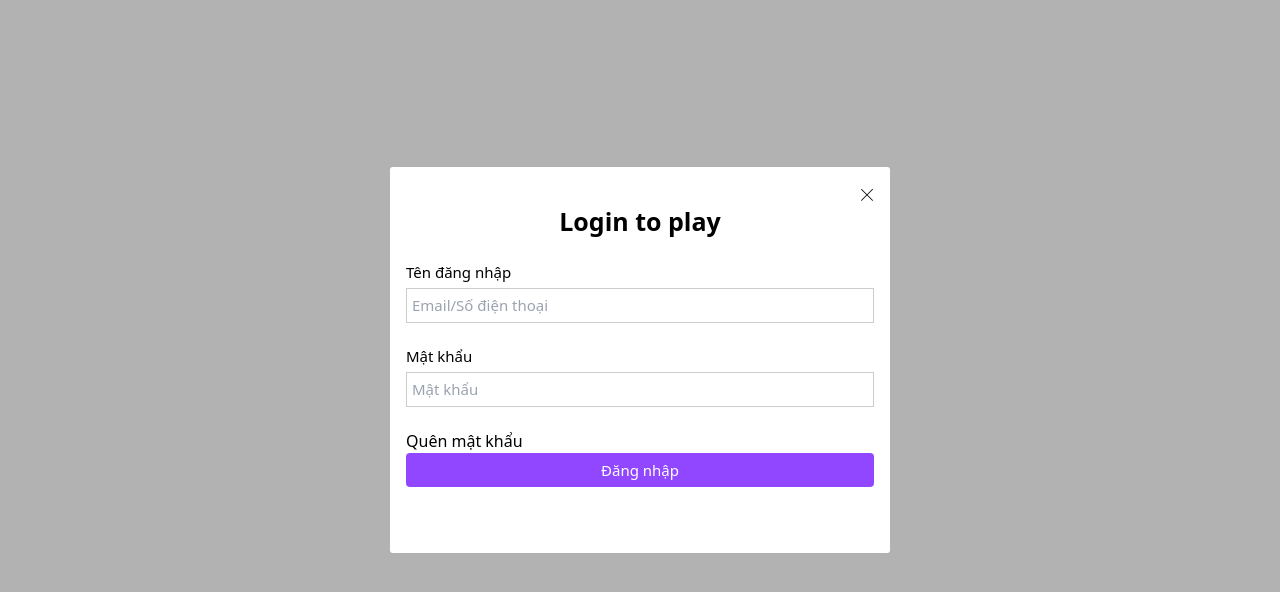
Repository: Teddy1705/demo_pj
Page: /
The author's editor kept a copy of each file at every save. The page is drawn from the files as they stood at one save, then again after the next save.
The browser window is 1280 px wide. The pictures show the whole page.
The project was rebuilt for these pictures with package versions that can differ from the ones it lists, and the page was loaded fresh each time. Also part of the build but not shown: vite.config.js.

Above is the page before, as saved 2024-04-16 10:33:31.

### index.html
<!DOCTYPE html>
<html lang="en">
  <head>
    <meta charset="UTF-8" />
    <link rel="icon" type="image/svg+xml" href="/vite.svg" />
    <meta name="viewport" content="width=device-width, initial-scale=1.0" />
    <title>Tic Tac Toe</title>
    <link rel="stylesheet" href="./src/index.css" />
    <link
      rel="stylesheet"
      href="./src/assets/themify-icons/themify-icons.css"
    />
  </head>
  <body>
    <div id="root"></div>
    <script type="module" src="/src/main.jsx"></script>
  </body>
</html>

### src/index.css
:root {
  --white-color: #fff;
  --black-color: #000;
}

/*
1. Prevent padding and border from affecting element width. (https://github.com/mozdevs/cssremedy/issues/4)
2. Allow adding a border to an element by just adding a border-width. (https://github.com/tailwindcss/tailwindcss/pull/116)
*/

*,
::before,
::after {
  box-sizing: border-box;
  /* 1 */
  border-width: 0;
  /* 2 */
  border-style: solid;
  /* 2 */
  border-color: #e5e7eb;
  /* 2 */
}

::before,
::after {
  --tw-content: "";
}

/*
1. Use a consistent sensible line-height in all browsers.
2. Prevent adjustments of font size after orientation changes in iOS.
3. Use a more readable tab size.
4. Use the user's configured `sans` font-family by default.
5. Use the user's configured `sans` font-feature-settings by default.
6. Use the user's configured `sans` font-variation-settings by default.
7. Disable tap highlights on iOS
*/

html,
:host {
  line-height: 1.5;
  /* 1 */
  -webkit-text-size-adjust: 100%;
  /* 2 */
  -moz-tab-size: 4;
  /* 3 */
  -o-tab-size: 4;
  tab-size: 4;
  /* 3 */
  font-family: ui-sans-serif, system-ui, sans-serif, "Apple Color Emoji",
    "Segoe UI Emoji", "Segoe UI Symbol", "Noto Color Emoji";
  /* 4 */
  font-feature-settings: normal;
  /* 5 */
  font-variation-settings: normal;
  /* 6 */
  -webkit-tap-highlight-color: transparent;
  /* 7 */
}

/*
1. Remove the margin in all browsers.
2. Inherit line-height from `html` so users can set them as a class directly on the `html` element.
*/

body {
  margin: 0;
  /* 1 */
  line-height: inherit;
  /* 2 */
}

/*
1. Add the correct height in Firefox.
2. Correct the inheritance of border color in Firefox. (https://bugzilla.mozilla.org/show_bug.cgi?id=190655)
3. Ensure horizontal rules are visible by default.
*/

hr {
  height: 0;
  /* 1 */
  color: inherit;
  /* 2 */
  border-top-width: 1px;
  /* 3 */
}

/*
Add the correct text decoration in Chrome, Edge, and Safari.
*/

abbr:where([title]) {
  -webkit-text-decoration: underline dotted;
  text-decoration: underline dotted;
}

/*
Remove the default font size and weight for headings.
*/

h1,
h2,
h3,
h4,
h5,
h6 {
  font-size: inherit;
  font-weight: inherit;
}

/*
Reset links to optimize for opt-in styling instead of opt-out.
*/

a {
  color: inherit;
  text-decoration: inherit;
}

/*
Add the correct font weight in Edge and Safari.
*/

b,
strong {
  font-weight: bolder;
}

/*
1. Use the user's configured `mono` font-family by default.
2. Use the user's configured `mono` font-feature-settings by default.
3. Use the user's configured `mono` font-variation-settings by default.
4. Correct the odd `em` font sizing in all browsers.
*/

code,
kbd,
samp,
pre {
  font-family: ui-monospace, SFMono-Regular, Menlo, Monaco, Consolas,
    "Liberation Mono", "Courier New", monospace;
  /* 1 */
  font-feature-settings: normal;
  /* 2 */
  font-variation-settings: normal;
  /* 3 */
  font-size: 1em;
  /* 4 */
}

/*
Add the correct font size in all browsers.
*/

small {
  font-size: 80%;
}

/*
Prevent `sub` and `sup` elements from affecting the line height in all browsers.
*/

sub,
sup {
  font-size: 75%;
  line-height: 0;
  position: relative;
  vertical-align: baseline;
}

sub {
  bottom: -0.25em;
}

sup {
  top: -0.5em;
}

/*
1. Remove text indentation from table contents in Chrome and Safari. (https://bugs.chromium.org/p/chromium/issues/detail?id=999088, https://bugs.webkit.org/show_bug.cgi?id=201297)
2. Correct table border color inheritance in all Chrome and Safari. (https://bugs.chromium.org/p/chromium/issues/detail?id=935729, https://bugs.webkit.org/show_bug.cgi?id=195016)
3. Remove gaps between table borders by default.
*/

table {
  text-indent: 0;
  /* 1 */
  border-color: inherit;
  /* 2 */
  border-collapse: collapse;
  /* 3 */
}

/*
1. Change the font styles in all browsers.
2. Remove the margin in Firefox and Safari.
3. Remove default padding in all browsers.
*/

button,
input,
optgroup,
select,
textarea {
  font-family: inherit;
  /* 1 */
  font-feature-settings: inherit;
  /* 1 */
  font-variation-settings: inherit;
  /* 1 */
  font-size: 100%;
  /* 1 */
  font-weight: inherit;
  /* 1 */
  line-height: inherit;
  /* 1 */
  letter-spacing: inherit;
  /* 1 */
  color: inherit;
  /* 1 */
  margin: 0;
  /* 2 */
  padding: 0;
  /* 3 */
}

/*
Remove the inheritance of text transform in Edge and Firefox.
*/

button,
select {
  text-transform: none;
}

/*
1. Correct the inability to style clickable types in iOS and Safari.
2. Remove default button styles.
*/

button,
input:where([type="button"]),
input:where([type="reset"]),
input:where([type="submit"]) {
  -webkit-appearance: button;
  /* 1 */
  background-color: transparent;
  /* 2 */
  background-image: none;
  /* 2 */
}

/*
Use the modern Firefox focus style for all focusable elements.
*/

:-moz-focusring {
  outline: auto;
}

/*
Remove the additional `:invalid` styles in Firefox. (https://github.com/mozilla/gecko-dev/blob/2f9eacd9d3d995c937b4251a5557d95d494c9be1/layout/style/res/forms.css#L728-L737)
*/

:-moz-ui-invalid {
  box-shadow: none;
}

/*
Add the correct vertical alignment in Chrome and Firefox.
*/

progress {
  vertical-align: baseline;
}

/*
Correct the cursor style of increment and decrement buttons in Safari.
*/

::-webkit-inner-spin-button,
::-webkit-outer-spin-button {
  height: auto;
}

/*
1. Correct the odd appearance in Chrome and Safari.
2. Correct the outline style in Safari.
*/

[type="search"] {
  -webkit-appearance: textfield;
  /* 1 */
  outline-offset: -2px;
  /* 2 */
}

/*
Remove the inner padding in Chrome and Safari on macOS.
*/

::-webkit-search-decoration {
  -webkit-appearance: none;
}

/*
1. Correct the inability to style clickable types in iOS and Safari.
2. Change font properties to `inherit` in Safari.
*/

::-webkit-file-upload-button {
  -webkit-appearance: button;
  /* 1 */
  font: inherit;
  /* 2 */
}

/*
Add the correct display in Chrome and Safari.
*/

summary {
  display: list-item;
}

/*
Removes the default spacing and border for appropriate elements.
*/

blockquote,
dl,
dd,
h1,
h2,
h3,
h4,
h5,
h6,
hr,
figure,
p,
pre {
  margin: 0;
}

fieldset {
  margin: 0;
  padding: 0;
}

legend {
  padding: 0;
}

ol,
ul,
menu {
  list-style: none;
  margin: 0;
  padding: 0;
}

/*
Reset default styling for dialogs.
*/

dialog {
  padding: 0;
}

/*
Prevent resizing textareas horizontally by default.
*/

textarea {
  resize: vertical;
}

/*
1. Reset the default placeholder opacity in Firefox. (https://github.com/tailwindlabs/tailwindcss/issues/3300)
2. Set the default placeholder color to the user's configured gray 400 color.
*/

input::-moz-placeholder,
textarea::-moz-placeholder {
  opacity: 1;
  /* 1 */
  color: #9ca3af;
  /* 2 */
}

input::placeholder,
textarea::placeholder {
  opacity: 1;
  /* 1 */
  color: #9ca3af;
  /* 2 */
}

/*
Set the default cursor for buttons.
*/

button,
[role="button"] {
  cursor: pointer;
}

/*
Make sure disabled buttons don't get the pointer cursor.
*/

:disabled {
  cursor: default;
}

/*
1. Make replaced elements `display: block` by default. (https://github.com/mozdevs/cssremedy/issues/14)
2. Add `vertical-align: middle` to align replaced elements more sensibly by default. (https://github.com/jensimmons/cssremedy/issues/14#issuecomment-634934210)
   This can trigger a poorly considered lint error in some tools but is included by design.
*/

img,
svg,
video,
canvas,
audio,
iframe,
embed,
object {
  display: block;
  /* 1 */
  vertical-align: middle;
  /* 2 */
}

/*
Constrain images and videos to the parent width and preserve their intrinsic aspect ratio. (https://github.com/mozdevs/cssremedy/issues/14)
*/

img,
video {
  max-width: 100%;
  height: auto;
}

/* Make elements with the HTML hidden attribute stay hidden by default */

[hidden] {
  display: none;
}

*,
::before,
::after {
  --tw-border-spacing-x: 0;
  --tw-border-spacing-y: 0;
  --tw-translate-x: 0;
  --tw-translate-y: 0;
  --tw-rotate: 0;
  --tw-skew-x: 0;
  --tw-skew-y: 0;
  --tw-scale-x: 1;
  --tw-scale-y: 1;
  --tw-pan-x: ;
  --tw-pan-y: ;
  --tw-pinch-zoom: ;
  --tw-scroll-snap-strictness: proximity;
  --tw-gradient-from-position: ;
  --tw-gradient-via-position: ;
  --tw-gradient-to-position: ;
  --tw-ordinal: ;
  --tw-slashed-zero: ;
  --tw-numeric-figure: ;
  --tw-numeric-spacing: ;
  --tw-numeric-fraction: ;
  --tw-ring-inset: ;
  --tw-ring-offset-width: 0px;
  --tw-ring-offset-color: #fff;
  --tw-ring-color: rgb(59 130 246 / 0.5);
  --tw-ring-offset-shadow: 0 0 #0000;
  --tw-ring-shadow: 0 0 #0000;
  --tw-shadow: 0 0 #0000;
  --tw-shadow-colored: 0 0 #0000;
  --tw-blur: ;
  --tw-brightness: ;
  --tw-contrast: ;
  --tw-grayscale: ;
  --tw-hue-rotate: ;
  --tw-invert: ;
  --tw-saturate: ;
  --tw-sepia: ;
  --tw-drop-shadow: ;
  --tw-backdrop-blur: ;
  --tw-backdrop-brightness: ;
  --tw-backdrop-contrast: ;
  --tw-backdrop-grayscale: ;
  --tw-backdrop-hue-rotate: ;
  --tw-backdrop-invert: ;
  --tw-backdrop-opacity: ;
  --tw-backdrop-saturate: ;
  --tw-backdrop-sepia: ;
  --tw-contain-size: ;
  --tw-contain-layout: ;
  --tw-contain-paint: ;
  --tw-contain-style: ;
}

::backdrop {
  --tw-border-spacing-x: 0;
  --tw-border-spacing-y: 0;
  --tw-translate-x: 0;
  --tw-translate-y: 0;
  --tw-rotate: 0;
  --tw-skew-x: 0;
  --tw-skew-y: 0;
  --tw-scale-x: 1;
  --tw-scale-y: 1;
  --tw-pan-x: ;
  --tw-pan-y: ;
  --tw-pinch-zoom: ;
  --tw-scroll-snap-strictness: proximity;
  --tw-gradient-from-position: ;
  --tw-gradient-via-position: ;
  --tw-gradient-to-position: ;
  --tw-ordinal: ;
  --tw-slashed-zero: ;
  --tw-numeric-figure: ;
  --tw-numeric-spacing: ;
  --tw-numeric-fraction: ;
  --tw-ring-inset: ;
  --tw-ring-offset-width: 0px;
  --tw-ring-offset-color: #fff;
  --tw-ring-color: rgb(59 130 246 / 0.5);
  --tw-ring-offset-shadow: 0 0 #0000;
  --tw-ring-shadow: 0 0 #0000;
  --tw-shadow: 0 0 #0000;
  --tw-shadow-colored: 0 0 #0000;
  --tw-blur: ;
  --tw-brightness: ;
  --tw-contrast: ;
  --tw-grayscale: ;
  --tw-hue-rotate: ;
  --tw-invert: ;
  --tw-saturate: ;
  --tw-sepia: ;
  --tw-drop-shadow: ;
  --tw-backdrop-blur: ;
  --tw-backdrop-brightness: ;
  --tw-backdrop-contrast: ;
  --tw-backdrop-grayscale: ;
  --tw-backdrop-hue-rotate: ;
  --tw-backdrop-invert: ;
  --tw-backdrop-opacity: ;
  --tw-backdrop-saturate: ;
  --tw-backdrop-sepia: ;
  --tw-contain-size: ;
  --tw-contain-layout: ;
  --tw-contain-paint: ;
  --tw-contain-style: ;
}

#modal {
  position: fixed;
  top: 0;
  right: 0;
  bottom: 0;
  left: 0;
  display: flex;
  align-items: center;
  justify-content: center;
}

#modal .modal__overlay {
  position: absolute;
  width: 100%;
  height: 100%;
  background-color: rgba(0, 0, 0, 0.3);
}

#modal .modal__body {
  position: relative;
  background-color: var(--white-color);
  margin: auto;
  width: 500px;
  min-height: 300px;
  padding: 16px;
  border-radius: 3px;
}

.auth-form {
}

.auth-form__heading {
  font-size: 25px;
  font-weight: 700;
  text-align: center;
  margin: 20px 0;
}

.auth-form__close {
  position: absolute;
  top: 0;
  right: 0;
  font-size: 14px;
  padding: 18px 16px;
}

.auth-form__close:hover {
  background-color: #ccc;
  cursor: pointer;
}

.auth-form__info {
}

.auth-form__info-details {
}

.auth-form__label {
  display: block;
  font-size: 15px;
  font-weight: 500;
}

.auth-form__info-input {
  border: 1px solid #ccc;
  width: 100%;
  font-size: 15px;
  padding: 5px;
  margin: 5px 0 22px;
}

.auth-form__btn {
  width: 100%;
  background-color: #9147ff;
  color: #fff;
  font-size: 15px;
  font-weight: 500;
  padding: 6px;
  border-radius: 4px;
  margin-bottom: 50px;
}

### src/main.jsx
import React from "react";
import ReactDOM from "react-dom/client";
import App from "./App.jsx";
import { createBrowserRouter, RouterProvider } from "react-router-dom";
import Root from "./routes/root";
import "./index.css";

const router = createBrowserRouter([
  {
    path: "/",
    element: <Root />,
  },
]);

ReactDOM.createRoot(document.getElementById("root")).render(
  <React.StrictMode>
    <RouterProvider router={router} />
    <App />
  </React.StrictMode>
);

### src/routes/root.jsx
export default function Root() {
  return (
    <>
      <div id="modal">
        <div className="modal__overlay"></div>
        <div className="modal__body">
          <div className="auth-form">
            <h1 className="auth-form__heading">Login to play</h1>
            <div className="auth-form__close">
              <i className="ti-close"></i>
            </div>
            <div className="auth-form__info">
              <div className="auth-form__info-details">
                <label htmlFor="" className="auth-form__label">
                  Tên đăng nhập
                </label>
                <input
                  type="text"
                  className="auth-form__info-input"
                  placeholder="Email/Số điện thoại"
                />
              </div>
              <div className="auth-form__info-details">
                <label htmlFor="" className="auth-form__label">
                  Mật khẩu
                </label>
                <input
                  type="password"
                  className="auth-form__info-input"
                  placeholder="Mật khẩu"
                />
              </div>
            </div>
            <div className="auth-form__help">Quên mật khẩu</div>
            <button className="auth-form__btn">
              <a
                href={`https://codesandbox.io/s/q2z497?file=%2Fsrc%2FApp.js&utm_medium=sandpack`}
                className=""
              >
                Đăng nhập
              </a>
            </button>
          </div>
        </div>
      </div>
      <div id="detail"></div>
    </>
  );
}

Loaded but not shown: src/assets/themify-icons/themify-icons.css (common file); src/App.jsx (common file)

After the next save:
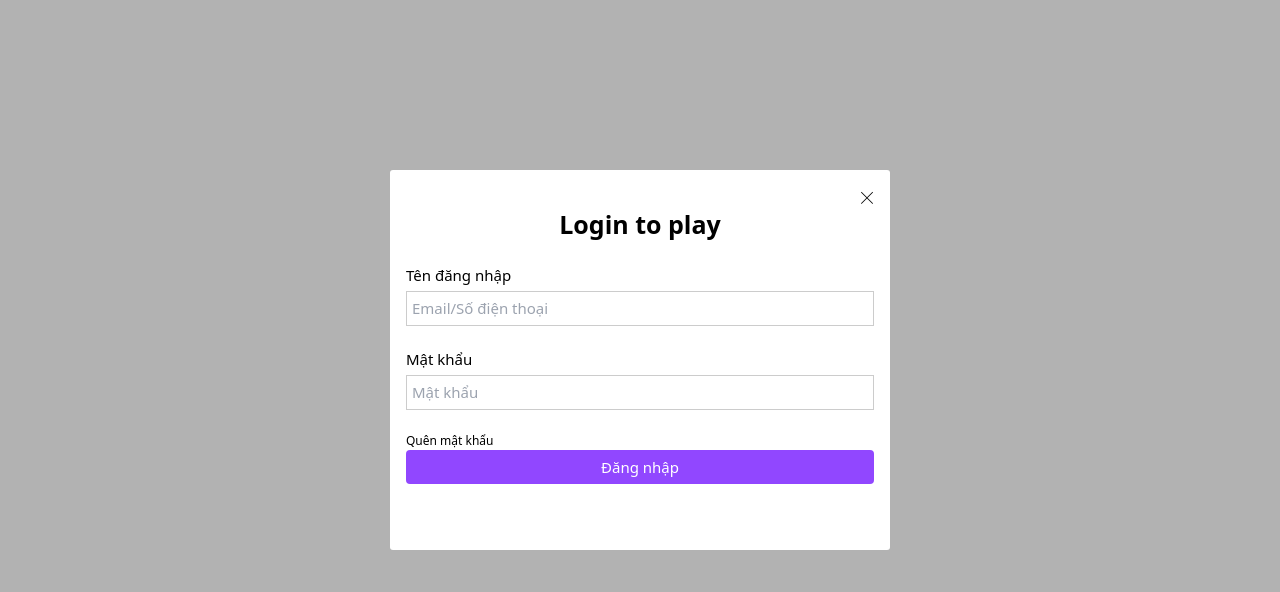
Saved 23 s later.
--- a/src/index.css
+++ b/src/index.css
@@ -631,6 +631,10 @@ video {
   margin: 5px 0 22px;
 }
 
+.auth-form__help {
+  font-size: 12px;
+}
+
 .auth-form__btn {
   width: 100%;
   background-color: #9147ff;
